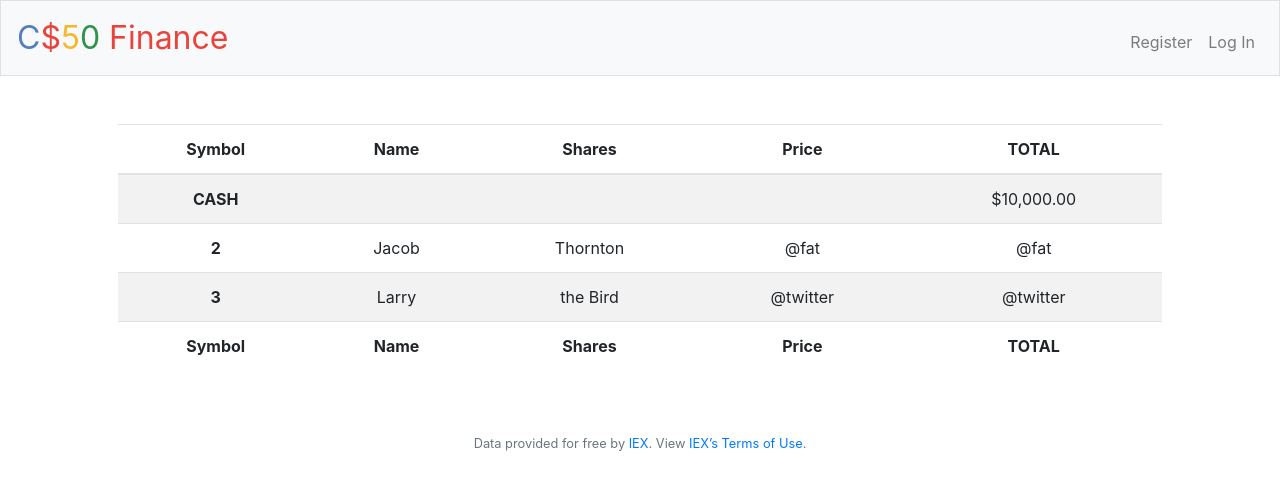
Repository: tavrora/cs50_ide
Page: pset8/finance/templates/apology.html
The author's editor kept a record of every edit. The page is drawn from the files as they stood at one moment, then again after the next edit.
The browser window is 1280 px wide. The pictures show the whole page.
The template is drawn by Flask 3. The application's start-up code is not run. The template is opened directly, without the code that normally fills it, so the values that code supplies are empty.

Above is the page before.

After the next edit:
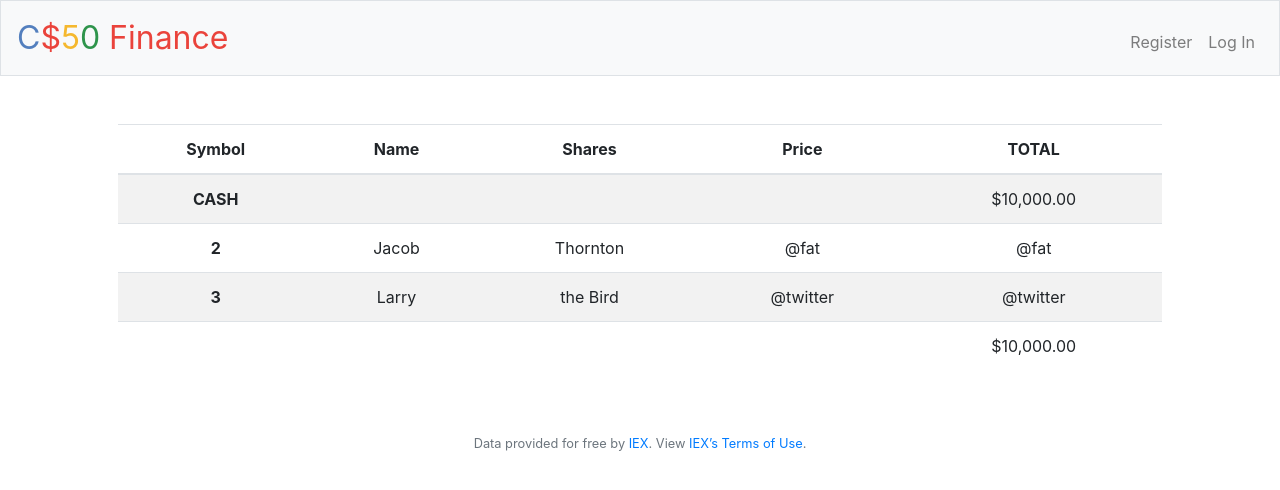
The edit:
--- a/pset8/finance/templates/apology.html
+++ b/pset8/finance/templates/apology.html
@@ -19,11 +19,8 @@
         </thead>
         <tfoot>
             <tr>
-                <th scope="col">Symbol</th>
-                <th scope="col">Name</th>
-                <th scope="col">Shares</th>
-                <th scope="col">Price</th>
-                <th scope="col">TOTAL</th>
+                <td colspan="4"></td>
+                <td>$10,000.00</td>
             </tr>
         </tfoot>
         <tbody>
